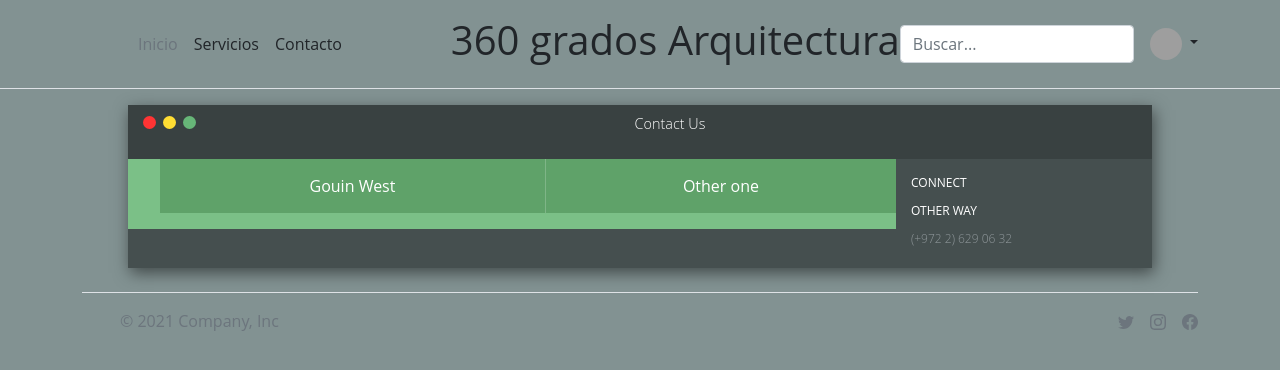
Repository: RaquelAlvarezz/Recuperaci-n-Bootstrap
Page: http://localhost/contacto.php
The author's editor kept a copy of each file at every save. The page is drawn from the files as they stood at one save, then again after the next save.
The browser window is 1280 px wide. The pictures show the whole page.
Pictures or frames that could not be fetched are drawn as grey boxes. The page is run by PHP 8.4 with error messages shown; the project is at /var/www/html/.

Above is the page before, as saved 2022-02-17 11:52:28.

After the next save:
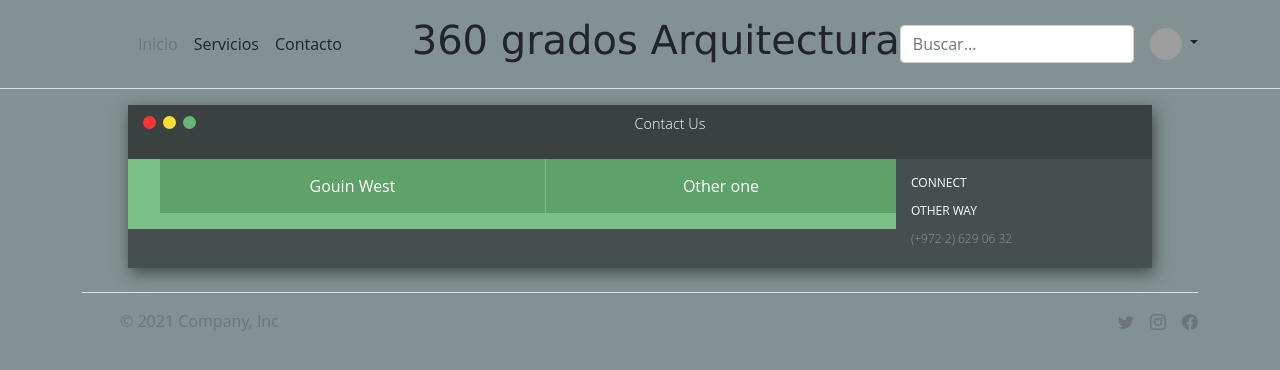
Saved 22 s later.
--- a/css/styles.css
+++ b/css/styles.css
@@ -1,3 +1,3 @@
 h1{
-    margin-right: 40 px;
+  font-family: Verdana, Geneva, Tahoma, sans-serif;
 }
